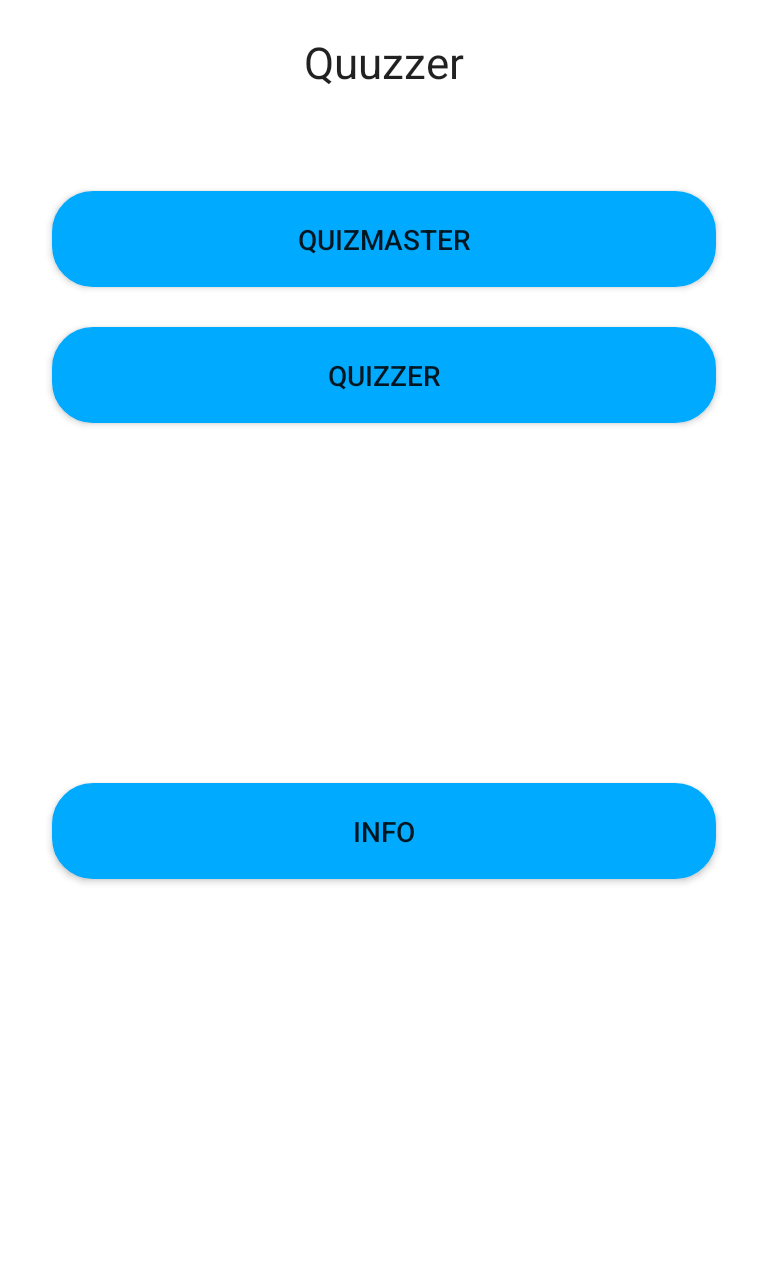
Repository: LosKartoflos/quuzzer
Layout: quuzzer/res/layout/activity_main.xml
These files come from the project's save history. The layout is drawn as it stood at one moment and after the next save; the edit follows.
It is drawn on a 768 x 1280 px phone screen (xhdpi) without system bars, with theme AppTheme; the app's code is not run.

Above is the layout before, as saved 2014-09-17 13:48:50.

### quuzzer/res/layout/activity_main.xml
<RelativeLayout xmlns:android="http://schemas.android.com/apk/res/android"
    xmlns:tools="http://schemas.android.com/tools"
    android:layout_width="match_parent"
    android:layout_height="match_parent"
    android:paddingBottom="@dimen/activity_vertical_margin"
    android:paddingLeft="@dimen/activity_horizontal_margin"
    android:paddingRight="@dimen/activity_horizontal_margin"
    android:paddingTop="@dimen/activity_vertical_margin"
    android:background="@color/background_white">

    <LinearLayout
        android:id="@+id/linearLayout1"
        android:layout_width="fill_parent"
        android:layout_height="fill_parent"
        android:layout_alignParentTop="true"
        android:layout_centerHorizontal="true"
        android:orientation="vertical" >

        <TextView
            android:id="@+id/textView_header_mainactivity"
            android:layout_width="wrap_content"
            android:layout_height="wrap_content"
            android:layout_alignParentTop="true"
            android:text="Quuzzer"
            android:layout_gravity="center_horizontal"
            android:textAppearance="?android:attr/textAppearanceLarge" />

        <LinearLayout
            android:layout_width="fill_parent"
            android:layout_height="wrap_content"
            android:layout_alignParentTop="true"
            android:layout_centerHorizontal="true"
            android:orientation="vertical"
            android:layout_marginTop="40dp"
            android:layout_marginBottom="160dp" >

            <Button
                android:id="@+id/button_quizmaster_mainactivity"
                android:layout_width="fill_parent"
                android:layout_height="wrap_content"
                android:text="Quizmaster"
                android:background="@drawable/custombutton"
                style="@style/buttonStyle"
                />

            <Button
                android:id="@+id/button_quizzzer_mainactivity"
                android:layout_width="fill_parent"
                android:layout_height="wrap_content"
                android:text="Quizzer"
                android:background="@drawable/custombutton"
                style="@style/buttonStyle"/>

        </LinearLayout>

        <Button
            android:id="@+id/button_info_mainactivity"
            android:layout_width="fill_parent"
            android:layout_height="wrap_content"
            android:text="Info"
            android:layout_gravity="end"
            android:background="@drawable/custombutton"
            style="@style/buttonStyle"
            />

    </LinearLayout>

</RelativeLayout>

### quuzzer/res/values/styles.xml
<resources>

    <!--
        Base application theme, dependent on API level. This theme is replaced
        by AppBaseTheme from res/values-vXX/styles.xml on newer devices.
    -->
    <style name="AppBaseTheme" parent="Theme.AppCompat.Light">
        <!--
            Theme customizations available in newer API levels can go in
            res/values-vXX/styles.xml, while customizations related to
            backward-compatibility can go here.
        -->
    </style>

    <!-- Application theme. -->
    <style name="AppTheme" parent="AppBaseTheme">
        <!-- All customizations that are NOT specific to a particular API-level can go here. -->
    </style>
    <color name="background_white">#ffffff</color>
    <color name="button_normal">#00aaff</color>
    <color name="button_pressed">#0099dd</color>


</resources>

### quuzzer/res/drawable-hdpi/custombutton.xml
<?xml version="1.0" encoding="utf-8"?>
<selector xmlns:android="http://schemas.android.com/apk/res/android">

    <!--  button states -->
    <item android:state_pressed="true"><shape android:shape="rectangle">
            <corners android:radius="20dip" />
            <stroke android:width="1dip" android:color="@color/button_pressed" />
            <gradient android:angle="-90" android:endColor="@color/button_pressed" android:startColor="@color/button_pressed" />
            <padding android:bottom="1dp" android:left="1dp" android:right="1dp" android:top="1dp" />
        </shape></item>
    <item android:state_focused="true"><shape android:shape="rectangle">
            <corners android:radius="20dip" />
            <stroke android:width="1dip" android:color="@color/button_normal" />
            <gradient android:angle="-90" android:endColor="@color/button_normal" android:startColor="@color/button_normal" />
            <padding android:bottom="1dp" android:left="1dp" android:right="1dp" android:top="1dp" />
        </shape></item>
    <item><shape android:shape="rectangle">
            <corners android:radius="20dip" />
            <stroke android:width="1dip" android:color="@color/button_normal" />
            <gradient android:angle="-90" android:endColor="@color/button_normal" android:startColor="@color/button_normal" />
            <padding android:bottom="1dp" android:left="1dp" android:right="1dp" android:top="1dp" />
        </shape></item>


</selector>

### quuzzer/res/values-hdpi/custombuttonstyle.xml
<?xml version="1.0" encoding="utf-8"?>
<resources>
    <style name="buttonStyle">
        <item name="android:layout_marginLeft">10dip</item>
        <item name="android:layout_marginRight">10dip</item>
        <item name="android:layout_marginTop">10dip</item>
        <item name="android:layout_marginBottom">10dip</item>
    </style>
</resources>

Loaded but not shown: quuzzer/res/values-v11/styles.xml (common file); quuzzer/res/values-v14/styles.xml (common file); quuzzer/res/values/dimens.xml (common file); quuzzer/res/values-w820dp/dimens.xml (common file)

After the next save:
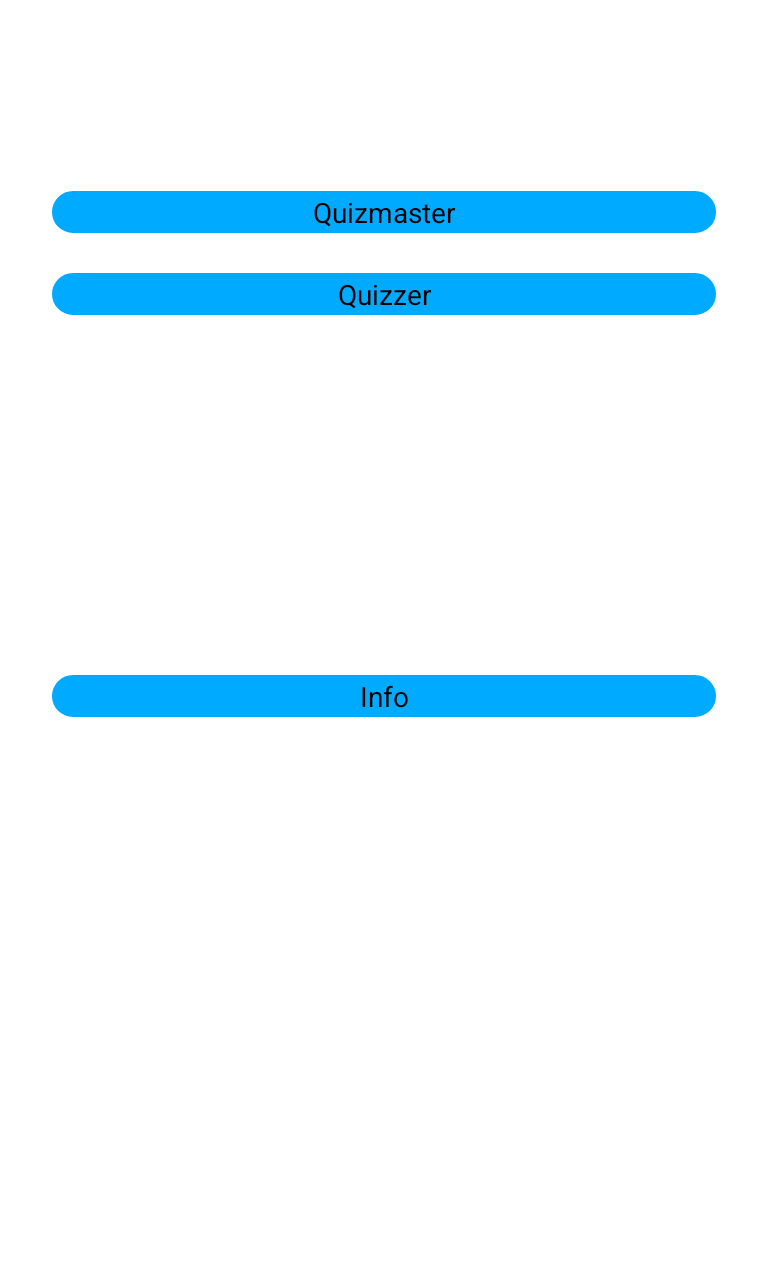
Saved 2 min 32 s later.
--- a/quuzzer/res/layout/activity_main.xml
+++ b/quuzzer/res/layout/activity_main.xml
@@ -6,7 +6,9 @@
     android:paddingLeft="@dimen/activity_horizontal_margin"
     android:paddingRight="@dimen/activity_horizontal_margin"
     android:paddingTop="@dimen/activity_vertical_margin"
-    android:background="@color/background_white">
+    android:background="@color/background_white"
+    android:theme="@android:style/Theme.NoTitleBar"
+    >
 
     <LinearLayout
         android:id="@+id/linearLayout1"

After the save that followed:
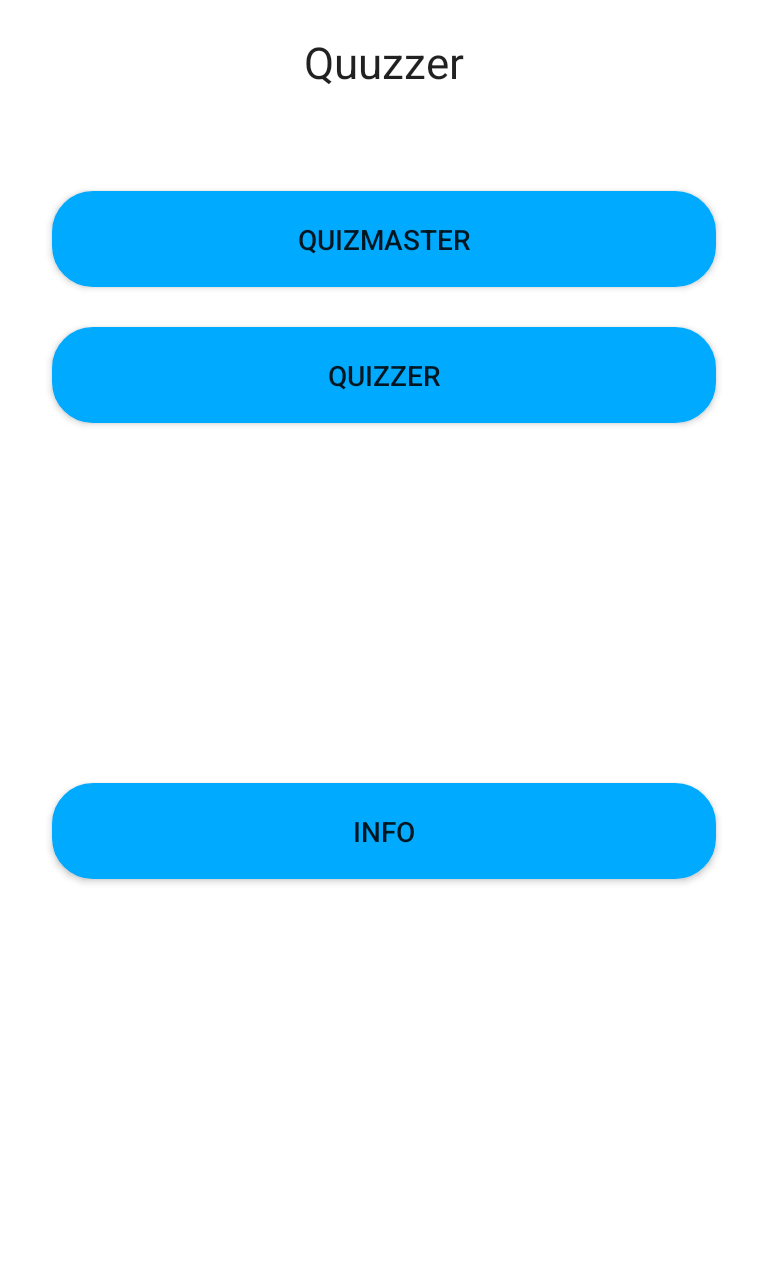
Saved 54 s later.
--- a/quuzzer/res/layout/activity_main.xml
+++ b/quuzzer/res/layout/activity_main.xml
@@ -7,7 +7,7 @@
     android:paddingRight="@dimen/activity_horizontal_margin"
     android:paddingTop="@dimen/activity_vertical_margin"
     android:background="@color/background_white"
-    android:theme="@android:style/Theme.NoTitleBar"
+
     >
 
     <LinearLayout
